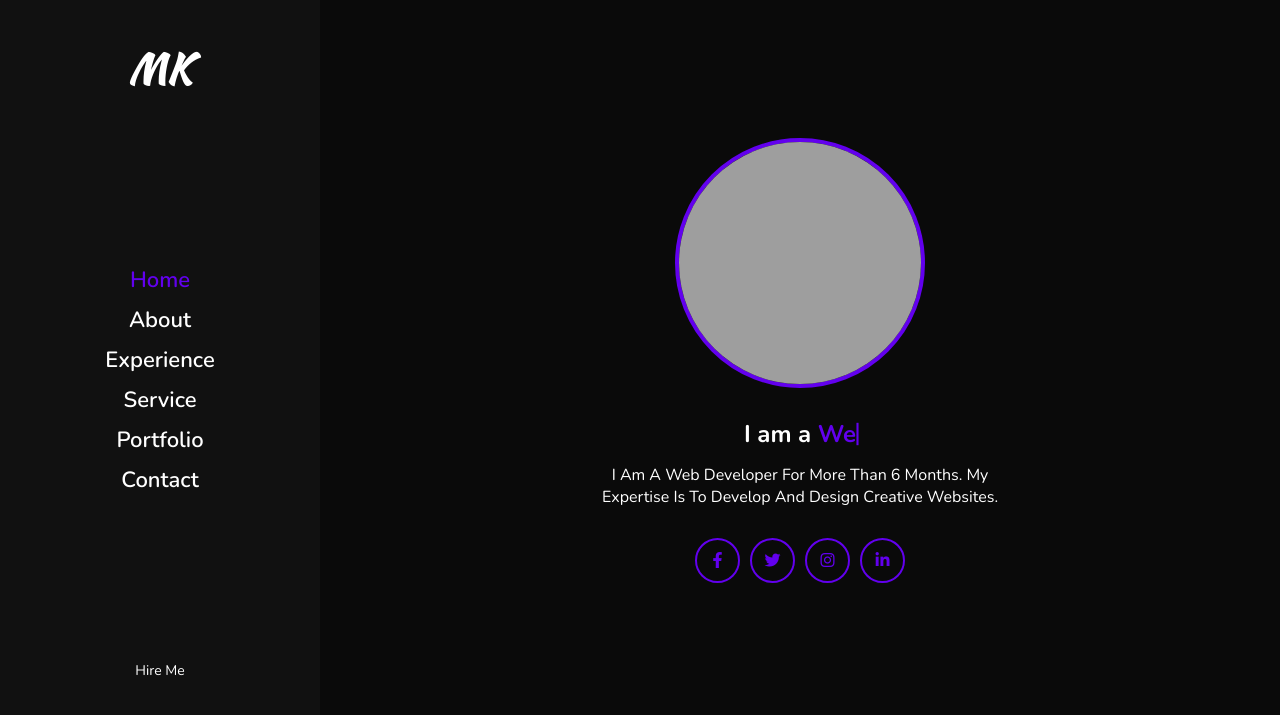
Repository: mk0144/Personal-Portfolio
Page: index.html
An editor plug-in stored every save of this project. The page is shown before and after a run of saves, followed by the edit.
The browser window is 1280 px wide. The pictures show the whole page.
Pictures or frames that could not be fetched are drawn as grey boxes. Some web libraries are served in a nearby version.

Above is the page before, as saved 2022-05-21 11:30:26.

### index.html
<!DOCTYPE html>
<html>

<head>
    <title>My Portfolio</title>
    <link href="./css/stylesheet.css" rel="stylesheet">
    <link href="./css/media.css" rel="stylesheet">
    <link href="https://cdnjs.cloudflare.com/ajax/libs/font-awesome/6.1.1/css/all.min.css" rel="stylesheet">
</head>

<body>
    <main>
        <!-- sidebar -->
        <header>
            <div class="logo">
                <h1>MK</h1>
            </div>

            <ul class="menu">
                <li class="menu_item"><a href="#">Home</a></li>
                <li class="menu_item"><a href="#">About</a></li>
                <li class="menu_item"><a href="#">Experience</a></li>
                <li class="menu_item"><a href="#">Service</a></li>
                <li class="menu_item"><a href="#">Portfolio</a></li>
                <li class="menu_item"><a href="#">Contact</a></li>
            </ul>

            <div class="hire">
                <a href="#">Hire Me</a>
            </div>

        </header>
        <!-- \sidebar -->

        <!-- pages -->
        <div class="pages">
            <!-- home -->
            <section class="home" onmousewheel="scrollFunc(0)">
                <div class="home_inner">
                    <div class="pic">
                        <img src="https://img.freepik.com/free-photo/handsome-confident-smiling-man-with-hands-crossed-chest_176420-18743.jpg?t=st=1652281811~exp=1652282411~hmac=6ffdf10012cb5dbc06aa54032b22c75f276b0e4fb6505f701aa6eadd4853c3fd&w=826"
                            alt="Self Image">
                    </div>

                    <h2>I am a <span id="roleText"></span></h2>

                    <p>
                        I Am A Web Developer For More Than 6 Months. My Expertise Is To Develop And Design Creative
                        Websites.
                    </p>

                    <ul class="social_links">
                        <li><a href="#"><i class="fa-brands fa-facebook-f"></i></a></li>
                        <li><a href="#"><i class="fa-brands fa-twitter"></i></a></li>
                        <li><a href="#"><i class="fa-brands fa-instagram"></i></a></li>
                        <li><a href="#"><i class="fa-brands fa-linkedin-in"></i></a></li>
                    </ul>

                </div>
            </section>
            <!-- \home -->


            <!-- about -->
            <section class="about" onmousewheel="scrollFunc(1)">
                <div class="about_inner">
                    <h1>About Me</h1>

                    <div class="bottom">
                        <div class="pic">
                            <img src="https://img.freepik.com/free-photo/attractive-laughing-guy-having-fun-smiling-happy_176420-18839.jpg?t=st=1652270858~exp=1652271458~hmac=8bf7c3dfd1bbd5bdfd2ee253775783bd67b9f300cc793455fe6b38c6d306b22e&w=826"
                                alt="Self Image">
                        </div>
                    </div>

                </div>
            </section>
            <!-- \about -->


            <!-- skills -->
            <section class="skills" onmousewheel="scrollFunc(2)">
                <div class="skills_inner">
                    <h1>Skills</h1>

                </div>
            </section>
            <!-- \skills -->


            <!-- experience -->
            <section class="experience" onmousewheel="scrollFunc(3)">
                <div class="experience_inner">
                    <h1>Experience</h1>
                </div>
            </section>
            <!-- \experience -->


        </div>
        <!-- \pages -->

    </main>


    <!-- script -->
    <script src="./js/script.js"></script>
</body>

</html>

### css/stylesheet.css
/* common */
@import url("https://fonts.googleapis.com/css2?family=Nunito:ital,wght@0,200;0,300;0,400;0,500;0,600;0,700;0,800;0,900;1,200;1,300;1,400;1,500;1,600;1,700;1,800;1,900&display=swap");
@import url("https://fonts.googleapis.com/css2?family=Kaushan+Script&family=Poppins:ital,wght@0,100;0,200;0,300;0,400;0,500;0,600;0,700;0,800;0,900;1,100;1,200;1,300;1,400;1,500;1,600;1,700;1,800;1,900&display=swap");

:root {
  --primary: #6200ee;
  --black: #0a0a0a;
  --blackDim: #111111;
}

* {
  margin: 0;
  padding: 0;
  box-sizing: border-box;
  list-style: none;
  text-decoration: none;
  font-family: "Nunito";
  font-size: 10px;
  color: white;
}

a {
  font-size: 1.4rem;
  display: inline-block;
}

span {
  display: inline-block;
}

img {
  width: 100%;
  height: 100%;
  object-fit: cover;
  object-position: center;
}

p {
  font-size: 1.6rem;
}

ul li {
  font-size: 1.6rem;
}

h1 {
  font-size: 3.2rem;
}

h2 {
  font-size: 2.4rem;
}
/* \common */

/* main */
main {
  width: 100%;
}
/* header */
header {
  width: 25%;
  height: 100%;
  position: fixed;
  padding: 4rem 2rem;
  background-color: var(--blackDim);
  text-align: center;
  display: flex;
  flex-direction: column;
  justify-content: space-between;
}
/* \header */

/* pages */
.pages {
  width: 75%;
  height: 100vh;
  overflow: hidden;
  margin: 0 0 0 25%;
}

.pages > section {
  width: 100%;
  height: 100vh;
  overflow: hidden;
  padding: 0 6rem;
  display: flex;
  align-items: center;
  transition: 2s;
}

.pages .home {
  background-color: var(--black);
  justify-content: center;
  text-align: center;
}

.pages .about {
  background-color: black;
}

.pages .skills {
  background-color: var(--black);
}

.pages .experience {
  background: black;
}
/* \pages */
/* /main */

/* header */
header .logo h1 {
  font-family: "Kaushan Script";
  font-size: 4rem;
  color: white;
}

header .menu {
  display: grid;
  row-gap: 1rem;
}

header .menu a {
  font-size: 2.2rem;
  font-weight: 600;
  transition: 0.5s;
}

header .menu_item.active a {
  color: var(--primary);
}

header .menu a:hover {
  color: var(--primary);
  transition: 0.5s;
}
/* \header */

/* pages */
/* home */
.home .home_inner {
  max-width: 400px;
}

.home .pic {
  width: 250px;
  height: 250px;
  border-radius: 50%;
  border: 4px solid var(--primary);
  margin: 0 auto 3rem;
}

.home h2 {
  margin: 0 0 1.4rem;
}

.home h2 span {
  font-size: 2.4rem;
  color: var(--primary);
  position: relative;
}

.home h2 span::after {
  content: "";
  display: inline-block;
  position: absolute;
  width: 3px;
  height: 100%;
  transform: scale(70%);
  background-color: var(--primary);
  animation: cursor_blink 0.3s steps(2) infinite;
}

@keyframes cursor_blink {
  0% {
    visibility: hidden;
  }
}

.home img {
  height: 100%;
  border-radius: 50%;
}

.home .social_links {
  display: flex;
  align-items: center;
  justify-content: center;
  column-gap: 1rem;
  margin: 3rem 0 0;
}

.home .social_links li a {
  width: 4.5rem;
  height: 4.5rem;
  padding: 5px;
  border-radius: 50%;
  border: 2px solid var(--primary);
  display: flex;
  align-items: center;
  justify-content: center;
  transition: 0.5s;
}

.home .social_links li a:hover {
  background-color: white;
  border-color: white;
  transition: 0.5s;
}

.home .social_links li i {
  font-size: 1.6rem;
  color: var(--primary);
  transition: 0.5s;
}

.home .social_links li a:hover i {
  color: var(--black);
  transition: 0.5s;
}
/* \home */

/* about */
.about h1 {
  margin: 0 0 1rem;
}

.about .pic {
  width: 300px;
  height: 350px;
}
/* \about */

/* skills */

/* \skills */
/* \pages */

### js/script.js
// variables
// sections
let scrollValues = [100, 100, 100, 100];
let sections = document.getElementsByTagName("section");
let menu_items = document.getElementsByClassName("menu_item");
menu_items[0].classList.add("active");
// \sections
// home
let roles = ["Web Developer", "Web Designer", "Artist", "Police"];
let rolesI = 0;
let charPos = 0;
// \home
// \variables

/////////////// functions /////////////
// dynamic text
setInterval(function () {
  setText(roles[rolesI].charAt(charPos));

  if (roles[rolesI].length > charPos) {
    charPos++;
    console.log("if");
  } else {
    document.getElementById("roleText").innerHTML = null;
    console.log(rolesI, roles[rolesI].length)

    if (rolesI.length === charPos) {
      rolesI = 0;
      charPos = 0;
      console.log("else's if");
    } else {
      rolesI++;
      charPos = 0;
      console.log("else's else");
    }
  }
}, 300);

function setText(text) {
  document.getElementById("roleText").innerHTML += text;
}
// \dynamic text

// smooth scroll
function scrollFunc(index) {
  let scrollToBottom = Math.sign(event.deltaY) === 1;

  if (scrollToBottom && scrollValues[index] > 0) {
    // go top to bottom sections
    if (scrollValues[index - 1] < 100 && scrollValues[index - 1] > 0) {
      scrollValues[index - 1] = scrollValues[index - 1] - 50;
      console.log("if's if", scrollValues);
      sections[index - 1].style.height = scrollValues[index - 1] + "vh";
    } else if (scrollValues.length - 1 !== index) {
      scrollValues[index] = scrollValues[index] - 50;
      console.log("if's else", scrollValues);
      sections[index].style.height = scrollValues[index] + "vh";
    }
  } else if (!scrollToBottom && scrollValues[0] !== 100) {
    // got bottom to top sections
    if (scrollValues[index] < 100) {
      scrollValues[index] = scrollValues[index] + 50;
      console.log("else if's if", scrollValues);
      sections[index].style.height = scrollValues[index] + "vh";
    } else if (scrollValues[index - 1] < 100) {
      scrollValues[index - 1] = scrollValues[index - 1] + 50;
      console.log("else if's else", scrollValues);
      sections[index - 1].style.height = scrollValues[index - 1] + "vh";
    }
  }
}
// \smooth scroll

Loaded but not shown: css/media.css (no stored copy; drawn as an empty file)

After the next 3 saves:
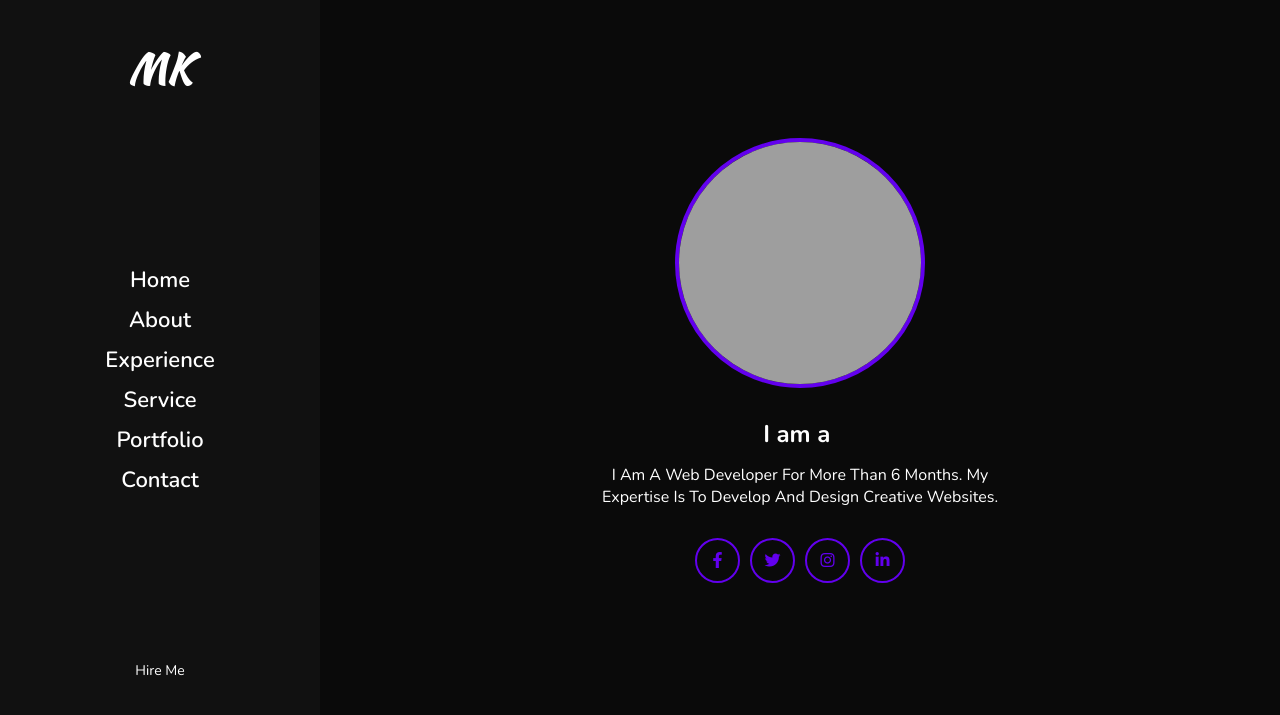
Console error: SyntaxError: Unexpected token '['
The 3 saves are shown as one change because they came seconds apart.
The last was saved 28 s later.
--- a/js/script.js
+++ b/js/script.js
@@ -24,7 +24,7 @@
     document.getElementById("roleText").innerHTML = null;
     console.log(rolesI, roles[rolesI].length)
 
-    if (rolesI.length === charPos) {
+    if (rolesI.[rolesI] === charPos) {
       rolesI = 0;
       charPos = 0;
       console.log("else's if");

After the 5 saves that followed:
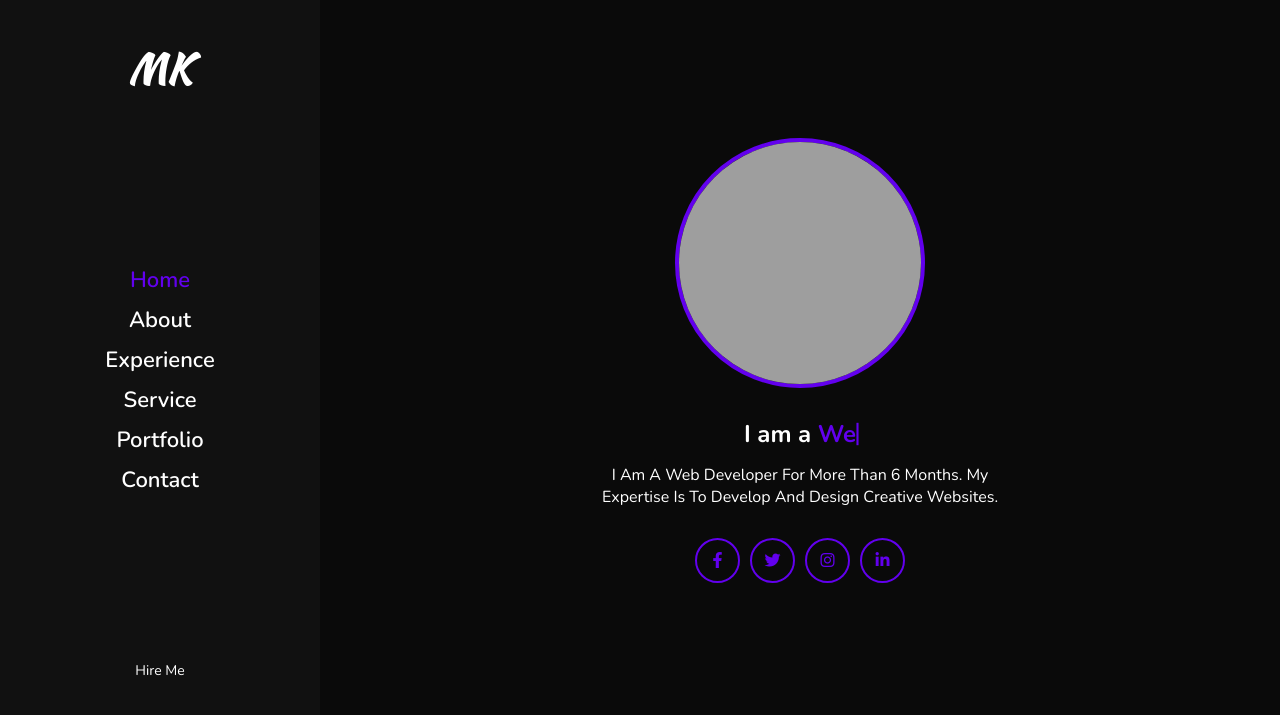
The error is gone.
The 5 saves are shown as one change because 1 left the picture as it was and some came seconds apart.
The last was saved 16 s later.
--- a/js/script.js
+++ b/js/script.js
@@ -24,7 +24,7 @@
     document.getElementById("roleText").innerHTML = null;
     console.log(rolesI, roles[rolesI].length)
 
-    if (rolesI.[rolesI] === charPos) {
+    if (roles[rolesI].length === charPos) {
       rolesI = 0;
       charPos = 0;
       console.log("else's if");
